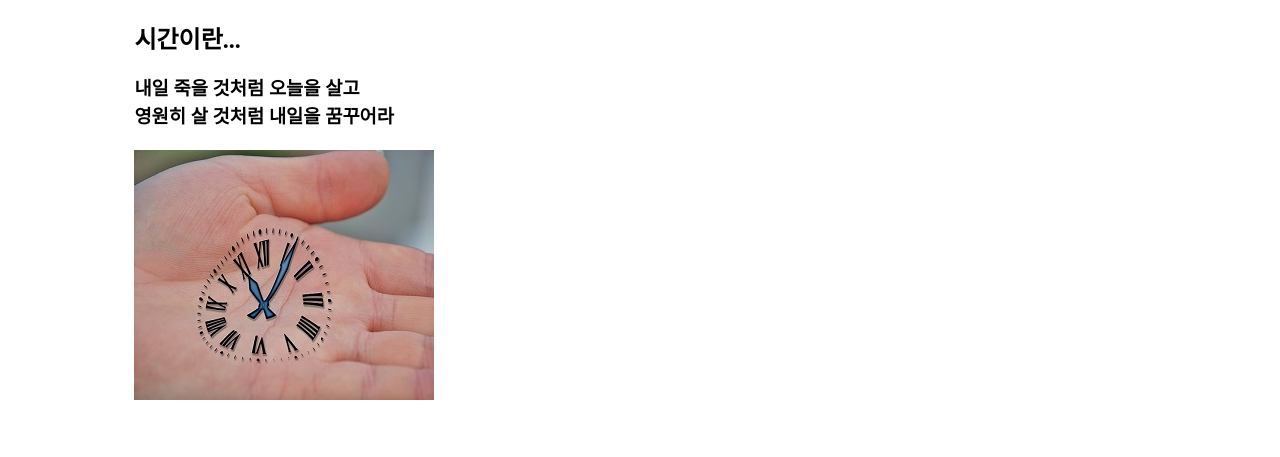
Repository: KyoungHwanJeong/jspworks
Page: http://localhost/jwbook/time.jsp
An editor plug-in stored every save of this project. The page is shown before and after the next save, followed by the edit.
The browser window is 1280 px wide. The pictures show the whole page.
The page is served by Tomcat 9. Other server files are loaded and not shown.

Above is the page before, as saved 2023-11-20 03:01:50.

### jwbook/src/main/webapp/time.jsp
<!--  -->

<%@ page language="java" contentType="text/html; charset=UTF-8"
    pageEncoding="UTF-8"%>
<!DOCTYPE html>
<html>
<head>
<meta charset="UTF-8">
<meta name="viewport" content="width=device-width, initial-scale=1.0">
<title>시간이란...</title>
<style>
	#wrap{width: 80%; margin: 0 auto; text-aline : center; font-color = blue;}
	h3{line-height: 1.5;}
</style>
</head>
<body>
	<div id = "wrap">
		<h2>시간이란...</h2>
		<h3>내일 죽을 것처럼 오늘을 살고<br>
			영원히 살 것처럼 내일을 꿈꾸어라</h3>
		<div>
			<img src="resources/images/time.jpg" alt="시계">
		</div>

	</div>
</body>
</html>

After the next save:
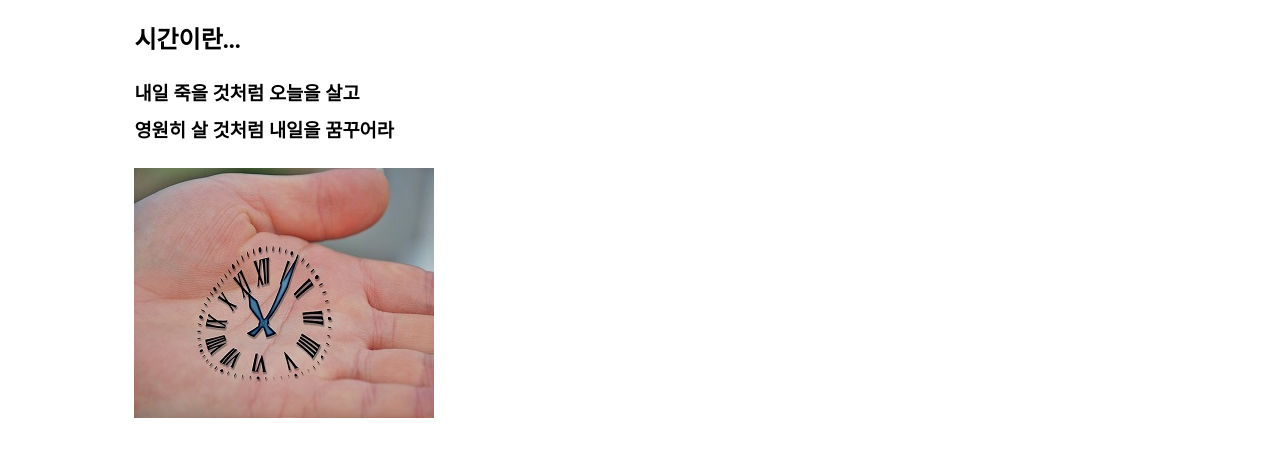
Saved 16 s later.
--- a/jwbook/src/main/webapp/time.jsp
+++ b/jwbook/src/main/webapp/time.jsp
@@ -10,7 +10,7 @@
 <title>시간이란...</title>
 <style>
 	#wrap{width: 80%; margin: 0 auto; text-aline : center; font-color = blue;}
-	h3{line-height: 1.5;}
+	h3{line-height: 2;}
 </style>
 </head>
 <body>
